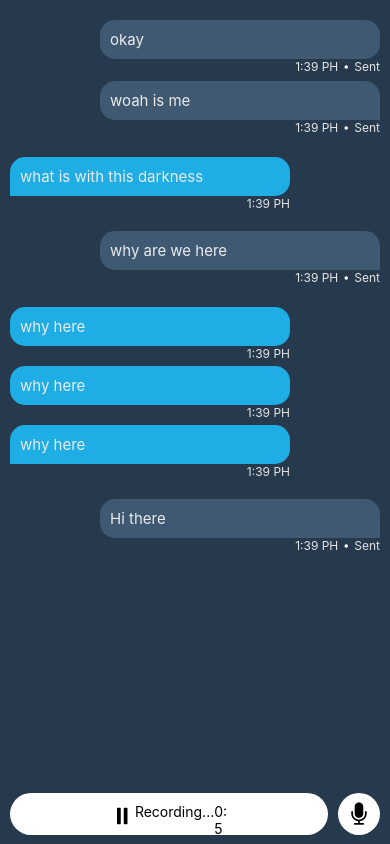
Repository: TemoshoS/chatta
Screen: /ChatRoom
The author's editor kept a copy of each file at every save. The screen is drawn from the files as they stood at one save, then again after the next save.
The page's requests for data from a server got no answer. The app was drawn by React Native's web renderer in a window 390 px wide. The project was rebuilt for these pictures with package versions that can differ from the ones it lists, and the page was loaded fresh each time. Some packages were replaced by stand-ins written for this rebuild. No one was signed in, and anything a server would have sent is missing. Also part of the build but not shown: components/ChatListItem.js, components/HomeSearchComponent.js, components/CameraComponent.js, components/ChatRequest.js, components/FAB.js, pages/HomeScreen.js, pages/RegisterScreen.js, pages/LoginScreen.js.

Above is the screen before, as saved 2023-08-23 14:43:55.

After the next save:
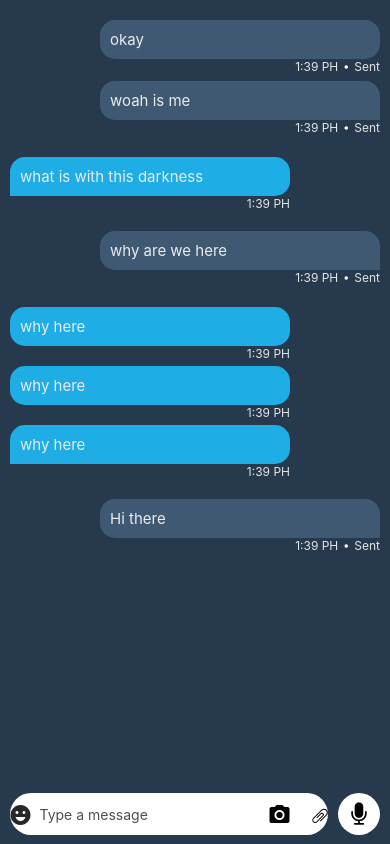
Saved 52 s later.
--- a/components/ChatInputComponent.js
+++ b/components/ChatInputComponent.js
@@ -36,7 +36,7 @@ export default function ChatInputComponent({
         </Modal>
       <View style={styles.leftView}>
        {
-        recording ? (
+        !recording ? (
             <>
                {
             isBoardVisible ? (
